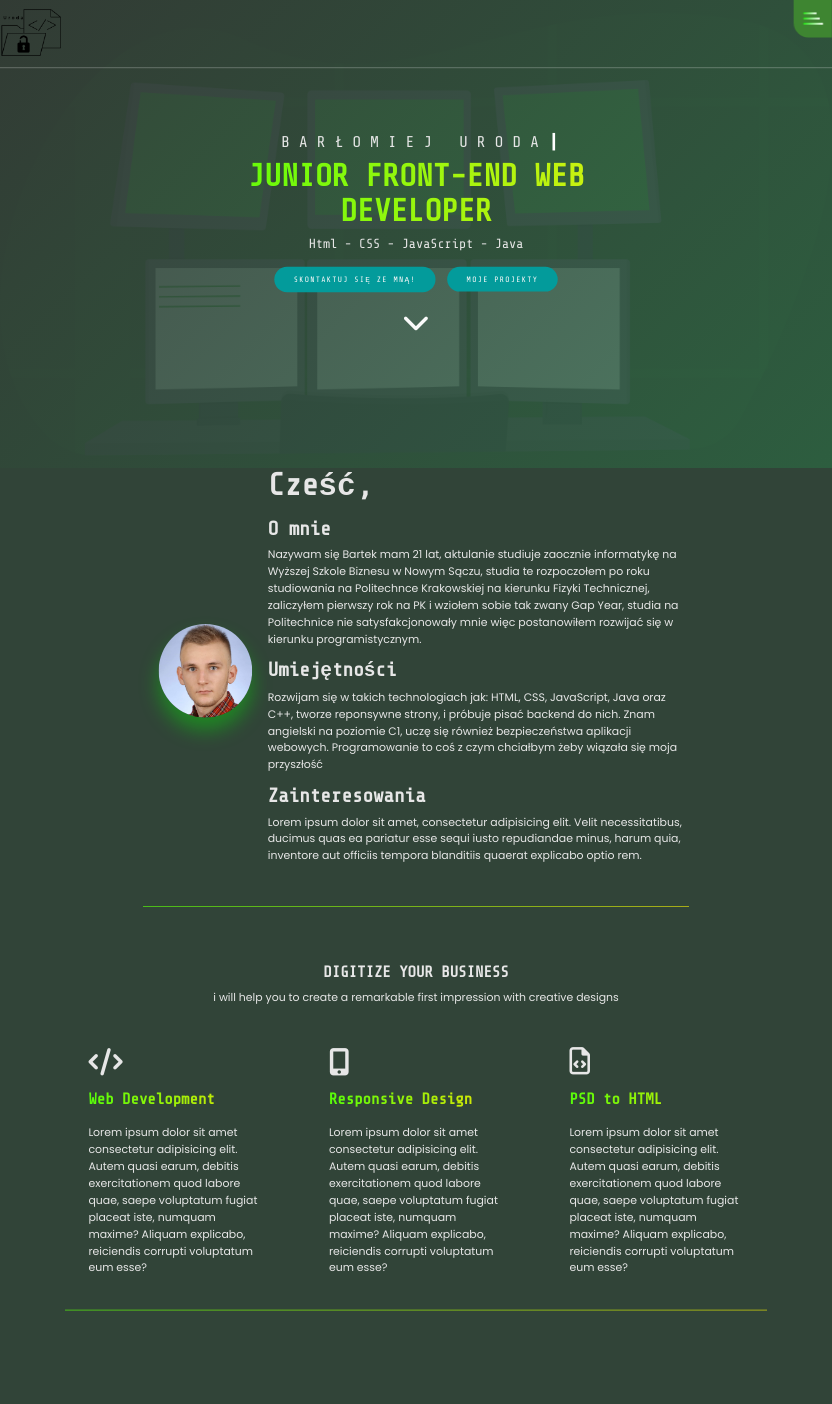
Repository: BartekUroda/portfolio
Page: index.html
The author's editor kept a copy of each file at every save. The page is drawn from the files as they stood at one save, then again after the next save.
The browser window is 1280 px wide. The pictures show the whole page, at 65% of full size.
Some web libraries are served in a nearby version.

Above is the page before, as saved 2020-10-27 21:06:47.

### index.html
<!DOCTYPE html>
<html lang="en">
<head>
    <meta charset="UTF-8">
    <meta name="viewport" content="width=device-width, initial-scale=1.0">
    <title>Portfolio | Bartek Uroda</title>
    <link rel="stylesheet" type="text/css" href="css/style.css">
    <link href="https://fonts.googleapis.com/css2?family=Poppins&sfamily=Share+Tech+Mono&display=swap" rel="stylesheet">
    <script src="https://kit.fontawesome.com/056e5c10dc.js" crossorigin="anonymous"></script>
    <link rel="shortcut icon" type="image/x-icon" href="images/favicon.ico" />
</head>
<body>
    <header>
        <div class="container">
            <nav>
                <div class="nav-brand">
                    <a href="index.html">
                        <img src="images/logo.png" alt="Uroda">
                    </a>
                </div>
                <div class="burger-menu-icon">
                    <div class="line1"></div>
                    <div class="line2"></div>
                    <div class="line3"></div>
                </div>
                <ul class="nav-list">
                    <li class="nav-item">
                      <a href="#landing-page">
                        <img
                          src="images/profile.jpeg"
                          alt="Bartek Uroda"
                          class="profile-pic nav-link"
                        >
                        <span class="caption nav-link">Bartek Uroda</span>
                      </a>
                    </li>
                    <li class="nav-item">
                      <a href="#about" class="nav-link">O mnie</a>
                    </li>
                    <li class="nav-item">
                      <a href="#services" class="nav-link">Usługi</a>
                    </li>
                    <li class="nav-item">
                      <a href="#projects" class="nav-link">Projekty</a>
                    </li>
                    <li class="nav-item">
                      <a href="#contact" class="nav-link">Kontakt</a>
                    </li>
                    <li class="nav-item">
                      <a href="https://www.facebook.com/bartlomiej.uroda.3" target="_blank" class="nav-link">
                        <i class="fab fa-facebook"></i>
                      </a>
                      <a href="https://github.com/Urodii" target="_blank" class="nav-link">
                        <i class="fab fa-github"></i>
                      </a>
                      <a href="https://www.youtube.com/channel/UCzT1h5RNvmbtrmKT5hPjyAg?view_as=subscriber" target="_blank" class="nav-link">
                        <i class="fab fa-youtube"></i>
                      </a>
                    </li>
                  </ul>
            </nav>
        </div>
    </header>
    <main>
      <section id="landing-page" class="landing-page">
        <div class="container">
          <div class="main-message">
            <h2>Barłomiej Uroda</h2>
            <h3>Junior Front-End Web Developer</h3>
            <p>Html - CSS - JavaScript - Java</p>
            <div class="intro-btn">
              <div class="cta">
                <a href="#contact" class="btn">Skontaktuj się ze mną!</a>
              </div>
              <div class="cta">
                <a href="#projects" class="btn">Moje Projekty</a>
              </div>
            </div>
            <div>
              <a href="#about" class="scroll-down">
                <i class="fa fa-chevron-down" aria-hidden="true"></i>
              </a>
            </div>
          </div>
        </div>
      </section>
      <section id="about" class="about">
        <div class="container">
          <div class="about-img">
            <img
              src="images/profile.jpeg"
              alt="Bartek Uroda"
              class="about-pic"
            />
          </div>
          <div class="about-text-box">
            <h2>Cześć,</h2>
            <h3>O mnie</h3>
            <p>
              Nazywam się Bartek mam 21 lat, aktulanie studiuje zaocznie informatykę
              na Wyższej Szkole Biznesu w Nowym Sączu, studia te rozpoczołem po roku studiowania
              na Politechnce Krakowskiej na kierunku Fizyki Technicznej, zaliczyłem pierwszy rok na PK
              i wziołem sobie tak zwany Gap Year, studia na Politechnice nie satysfakcjonowały
              mnie więc postanowiłem rozwijać się w kierunku programistycznym.
            </p>
            <h3>Umiejętności</h3>
            <p>
              Rozwijam się w takich technologiach jak: HTML, CSS, JavaScript, Java oraz C++,
              tworze reponsywne strony, i próbuje pisać backend do nich. Znam angielski na
              poziomie C1, uczę się również bezpieczeństwa aplikacji webowych.
              Programowanie to coś z czym chciałbym żeby wiązała się moja przyszłość
            </p>
            <h3>Zainteresowania</h3>
            <p>
              Lorem ipsum dolor sit amet, consectetur adipisicing elit. Velit
              necessitatibus, ducimus quas ea pariatur esse sequi iusto
              repudiandae minus, harum quia, inventore aut officiis tempora
              blanditiis quaerat explicabo optio rem.
            </p>
          </div>
        </div>
        <hr/>
      </section>
      <section id="services" class="services">
        <div class="container">
          <div class="title-heading">
            <h2>DIGITIZE YOUR BUSINESS</h2>
            <p>
              i will help you to create a remarkable first impression with
              creative designs
            </p>
          </div>
          <div class="service-tiers">
            <div class="tier-item">
              <i class="fa fa-code" aria-hidden="true"></i>
              <h2>Web Development</h2>
              <p>
                Lorem ipsum dolor sit amet consectetur adipisicing elit. Autem
                quasi earum, debitis exercitationem quod labore quae, saepe
                voluptatum fugiat placeat iste, numquam maxime? Aliquam
                explicabo, reiciendis corrupti voluptatum eum esse?
              </p>
            </div>
            <div class="tier-item">
              <i class="fa fa-mobile" aria-hidden="true"></i>
              <h2>Responsive Design</h2>
              <p>
                Lorem ipsum dolor sit amet consectetur adipisicing elit. Autem
                quasi earum, debitis exercitationem quod labore quae, saepe
                voluptatum fugiat placeat iste, numquam maxime? Aliquam
                explicabo, reiciendis corrupti voluptatum eum esse?
              </p>
            </div>
            <div class="tier-item">
              <i class="fa fa-file-code-o" aria-hidden="true"></i>
              <h2>PSD to HTML</h2>
              <p>
                Lorem ipsum dolor sit amet consectetur adipisicing elit. Autem
                quasi earum, debitis exercitationem quod labore quae, saepe
                voluptatum fugiat placeat iste, numquam maxime? Aliquam
                explicabo, reiciendis corrupti voluptatum eum esse?
              </p>
            </div>
          </div>
        </div>
        <hr />
      </section>
    </main>
 <script type="text/javascript" src="js/main.js"></script>
</body>
</html>

### css/style.css
/* ----------GLOBAL STYLES---------- */
*,
*::before,
*::after {
  margin: 0;
  padding: 0;
  box-sizing: inherit;
}
html {
    font-family: "Share Tech Mono", monospace;
    font-size: 12px;
    box-sizing: border-box;
    scroll-behavior: smooth;
    color: #e7e7e7;
    background: rgb(49, 68, 56);
}

a {
    text-decoration: none;
    color: rgb(3, 155, 23);
}

a:hover {
    color: rgba(249, 105, 14, 1);
}

ul {
    list-style: none;
}

p {
    font-size: 1.4rem;
}

img {
    width: 100%;
    max-width: 100%;
    height: auto;
}
/* ----------HEADER---------- */
header {
    width: 100%;
    height: 5rem;
    position: absolute;
    top: 0;
    left: 0;
    z-index: 1;
}
.contenier {
    width: 100%;
    max-width: 90rem;
    margin: 0 auto;
    padding: 0 1.5rem;
}
.nav-brand {
    width: 8rem;
}
nav {
    width: 100%;
    display: flex;
    align-items: center;
    justify-content: space-between;
    padding: 1rem 0;
    border-bottom: 2px solid rgba(255, 255, 255, .2);
}
.line1 {
    width: 20px;
    height: 3px;
    margin: 5px 0;
    background: linear-gradient(
      135deg,
      rgb(27, 218, 10) 0%,
      rgb(255, 255, 255) 100%
    );
}
.line2 {
    width: 25px;
    height: 3px;
    background: linear-gradient(
      135deg,
      rgb(27, 218, 10) 0%,
      rgb(255, 255, 255) 100%
    );
}
.line3 {
    width: 30px;
    height: 3px;
    margin: 5px 0;
    background: linear-gradient(
      135deg,
      rgb(27, 218, 10) 0%,
      rgb(255, 255, 255) 100%
    );
}
.burger-menu-icon {
    cursor: pointer;
    z-index: 999;
    position: fixed;
    right: 0;
    top: 0;
    background-color: rgba(67, 145, 47, 0.815);
    padding: 1.2rem;
    border-radius: 0% 0% 0% 40%;
}
.profile-pic {
    height: 9rem;
    width: auto;
    border-radius: 50%;
    display: block;
    margin: 1.5rem 0;
}
.caption {
    display: block;
}
.nav-list {
    width: 24rem;
    height: 100vh;
    background-color:  rgb(69, 85, 75);
    position: fixed;
    top: 0;
    right: -26rem;
    display: flex;
    flex-direction: column;
    align-items: center;
    justify-self: start;
    z-index: 998;
    transition: all 650ms ease-in-out;
}
.nav-list.active {
    right: 0;
}
.nav-item {
    margin: 1.2rem 0;
}
.nav-link {
    opacity: 0;
    font-size: 1.3rem;
    text-transform: uppercase;
    color: #cecece;
    letter-spacing: 1.5px;
}
.nav-link:hover {
    color: rgb(62, 248, 15);
}
.toggle {
    background: none;
}
.toggle .line1 {
    transform: rotate(-45deg) translate(-5px, 6px) scalex(2);
}
.toggle .line2 {
    opacity: 0;
}
.toggle .line3 {
    width: 20px;
    transform: rotate(45deg) translate(-5px, -6px) scalex(2);
    margin-left: 0px;
}
@keyframes navLinkAnimate {
    from{
        opacity: 0;
        transform: translate(50px);
    }
    to{
        opacity: 1;
        transform: translate(0px);
    }
}
/* ----------MAIN---------- */
.landing-page{
    width: 100%;
    height: 100vh;
    background: linear-gradient(
        135deg,
        rgba(50, 58, 52, 0.9) 0%,
        rgba(44, 100, 65, 0.8) 100%
    ),
    url('../images/mainpage.png') center no-repeat;
    background-size: contain;
    position: relative;
}
.main-message {
    width: 100%;
    max-width: 58rem;
    text-transform: uppercase;
    position: absolute;
    left: 50%;
    top: 50%;
    transform: translate(-50%, -50%);
    text-align: center;
}
.main-message h2 {
    letter-spacing: 1.2rem;
    font-size: 2rem;
    font-weight: 400;
    overflow: hidden;
    white-space: nowrap;
    animation: typing 5s steps(33), blink 1s ease-in-out 7s infinite;
    width: 33ch;
    margin: auto;
    border-right: 4px solid rgba(255, 255, 255, 1);
}
@keyframes typing {
    75% {
      width: 0ch;
      color: rgb(178, 249, 14);
    }
    100% {
      width: 33ch;
    }
}
@keyframes blink {
    0% {
      border-right: 4px solid rgba(255, 255, 255, 0);
    }
    100% {
      border-right: 4px solid rgb(194, 194, 194);
    }
}
.main-message h3 {
    font-size: 4rem;
    margin: 1rem 0;
    color: rgba(249, 105, 14, 1);
    background: linear-gradient(
      to right,
      rgb(87, 253, 9) 0%,
      rgb(217, 240, 17) 100%
    );
    -webkit-background-clip: text;
    -webkit-text-fill-color: transparent;
}
.main-message p {
    text-transform: none;
    font-size: 1.7rem;
    font-weight: 400;
}
.intro-btn {
    display: flex;
    justify-content: center;
}
.btn {
    margin: 0 9px;
    background: rgba(3, 155, 155);
    border-radius: 2rem;
    color: #fafafa;
    padding: 1rem 2.5rem;
    display: inline-block;
    margin-top: 2rem;
    transition: background-color 650ms;
    font-weight: 500;
    letter-spacing: 2px;
}
.btn:hover {
    color: #fafafa;
    background-color: rgb(176, 189, 0);
}
.scroll-down i {
    color: #fafafa;
    transition: color 650ms;
    margin-top: 2rem;
    font-size: 3.5rem;
}
.scroll-down i:hover {
    color: rgb(176, 189, 0);
}
/* ----------ABOUT--------- */
.about {
    width: 100%;
    min-height: 100vh;
    max-width: 70rem;
    margin: auto;
}
.about .container {
    display: flex;
    align-items: center;
    min-height: 80vh;
  }
.about-img img {
    height: 12rem;
    width: auto;
    border-radius: 50%;
    margin: 2rem;
    box-shadow: 0 20px 30px 0 rgba(4, 236, 4, 0.397);
  }
.about-text-box {
    flex-grow: 1;
    flex-shrink: 1;
    flex-basis: 0;
}
.about-text-box h2 {
    font-size: 4rem;
    margin-bottom: 20px;
}
.about-text-box h3 {
    font-size: 2.5rem;
    margin-bottom: 10px;
}
.about-text-box p {
    font-family: "Poppins", sans-serif;
    font-size: 1.4rem;
    padding: 0;
    margin-bottom: 1.45rem;
}
hr {
    margin: 4rem 0;
    background: linear-gradient(
      to right,
      rgb(87, 253, 9) 0%,
      rgb(231, 228, 6) 100%
    );
    border: 0;
    height: 1px;
}
/* ----------SERVICE--------- */
.services {
    padding: 3rem 0;
    min-height: 100vh;
    max-width: 90rem;
    margin: auto;
}
.title-heading {
    text-align: center;
    margin-bottom: 5rem;
}
.title-heading h2 {
    font-size: 2rem;
    margin: 0.5rem 0 1rem 0;
}
.title-heading p {
    font-family: "Poppins", sans-serif;
    margin-bottom: 5rem;
}
.service-tiers {
    display: grid;
    grid-template-columns: repeat(auto-fit, minmax(25rem, 1fr));
    gap: 2.5rem;
}
.tier-item {
    height: 30rem;
    padding: 3rem;
    position: relative;
    display: flex;
    flex-direction: column;
    justify-content: center;
    cursor: default;
}
.tier-item i {
    font-size: 3.5rem;
}
.tier-item h2 {
    font-size: 2rem;
    margin: 2rem 0;
    background: linear-gradient(
      to right,
      rgb(87, 253, 9) 0%,
      rgb(231, 228, 6) 100%
    );
    -webkit-background-clip: text;
    -webkit-text-fill-color: transparent;
}
.tier-item p {
    font-family: "Poppins", sans-serif;
    font-size: 1.4rem;
}

### js/main.js
//eselect elements
const selectElement = (s) => document.querySelector(s);
const navLinks = document.querySelectorAll(".nav-link");

selectElement(".burger-menu-icon").addEventListener("click", () => {
    selectElement(".nav-list").classList.toggle("active");
    selectElement(".burger-menu-icon").classList.toggle("toggle")

    navLinks.forEach((link, index) => {
        if (link.style.animation){
            link.style.animation = ""
        }else{
            link.style.animation = `navLinkAnimate 0.5s ease forwards ${ index/7 + 0.5}s`
            console.log(index/7 + 0.5)
        }
    })
});

After the next save:
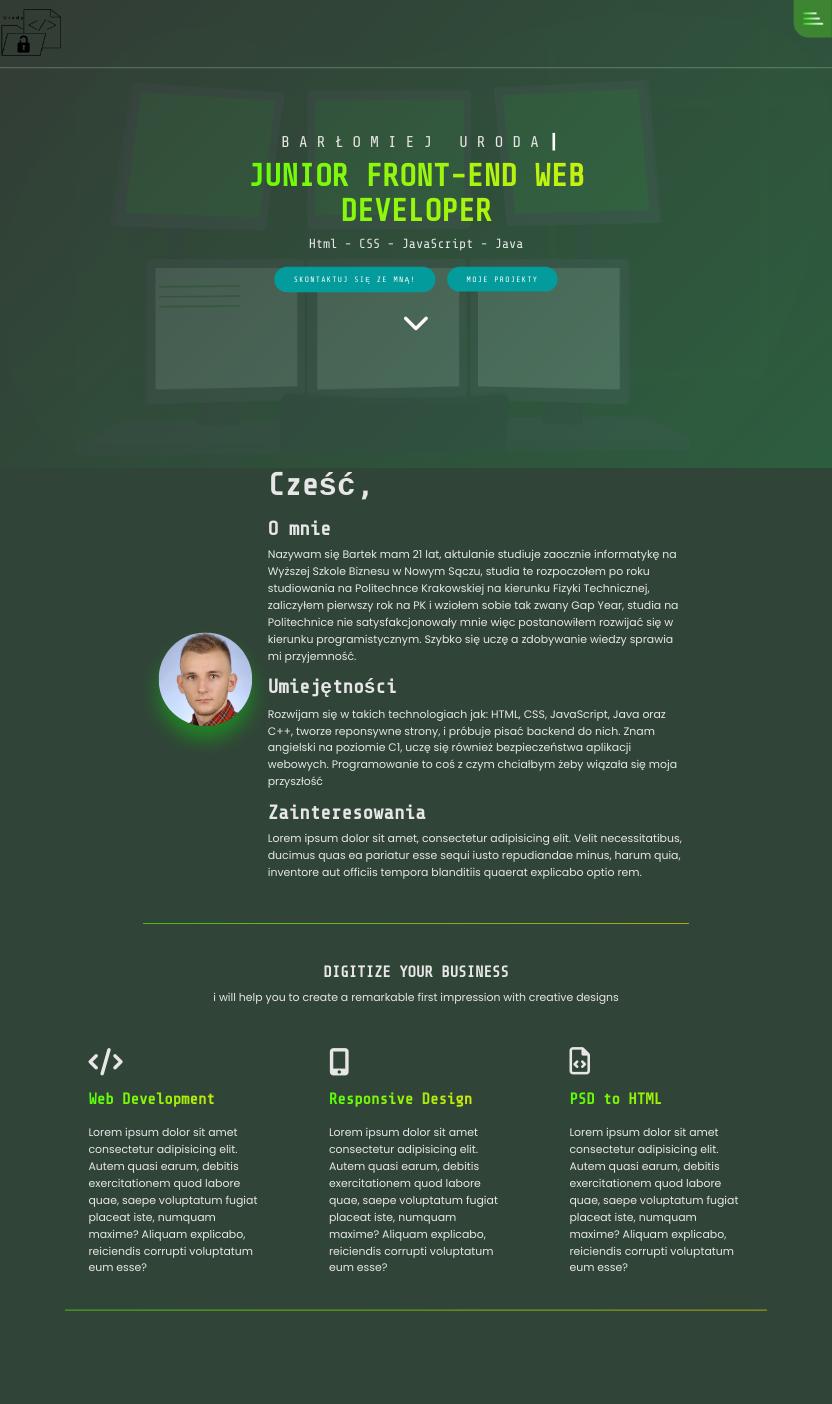
Saved 72 s later.
--- a/index.html
+++ b/index.html
@@ -101,7 +101,7 @@
               na Wyższej Szkole Biznesu w Nowym Sączu, studia te rozpoczołem po roku studiowania
               na Politechnce Krakowskiej na kierunku Fizyki Technicznej, zaliczyłem pierwszy rok na PK
               i wziołem sobie tak zwany Gap Year, studia na Politechnice nie satysfakcjonowały
-              mnie więc postanowiłem rozwijać się w kierunku programistycznym.
+              mnie więc postanowiłem rozwijać się w kierunku programistycznym. Szybko się uczę a zdobywanie wiedzy sprawia mi przyjemność.
             </p>
             <h3>Umiejętności</h3>
             <p>
